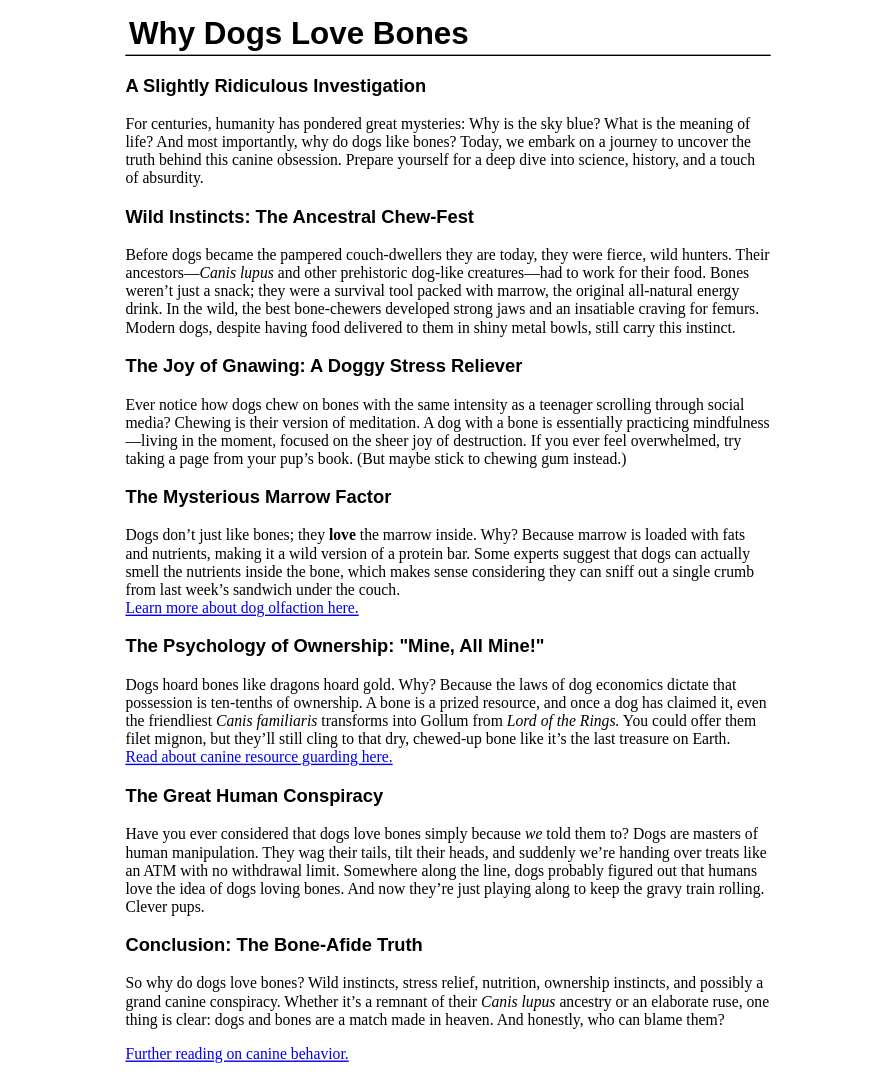
Repository: Leith-vdl/apprentice-challenge-1
Page: index.html
An editor plug-in stored every save of this project. The page is shown before and after the next save, followed by the edit.
The browser window is 1280 px wide. The pictures show the whole page, at 70% of full size.

Above is the page before, as saved 2025-01-31 15:20:28.

### index.html
<!DOCTYPE html>
<html lang="en">
<head>
    <meta charset="UTF-8">
    <meta name="viewport" content="width=device-width, initial-scale=1.0">
    <title>Why Dogs Love Bones</title>
    <link rel="stylesheet" href="styles/styles.css">
</head>
<body>
    <header class="page-header">
        <h1 class="page-header-title">
            Why Dogs Love Bones
        </h1>
    </header>
    <main>
        <section>
            <h3 class="section-title">A Slightly Ridiculous Investigation</h3>
            <p>
                For centuries, humanity has pondered great mysteries: Why is the sky blue? What is the
                meaning of life? And most importantly, why do dogs like bones? Today, we embark on a
                journey to uncover the truth behind this canine obsession. Prepare yourself for a deep dive into
                science, history, and a touch of absurdity.
            </p>
        </section>
        <section>
            <h3 class="section-title">Wild Instincts: The Ancestral Chew-Fest</h3>
            <p>
                Before dogs became the pampered couch-dwellers they are today, they were fierce, wild
                hunters. Their ancestors—<i>Canis lupus</i> and other prehistoric dog-like creatures—had to work for
                their food. Bones weren’t just a snack; they were a survival tool packed with marrow, the
                original all-natural energy drink. In the wild, the best bone-chewers developed strong jaws
                and an insatiable craving for femurs. Modern dogs, despite having food delivered to them in
                shiny metal bowls, still carry this instinct.
            </p>
        </section>
        <section>
            <h3 class="section-title">The Joy of Gnawing: A Doggy Stress Reliever</h3>
            <p>
                Ever notice how dogs chew on bones with the same intensity as a teenager scrolling through
                social media? Chewing is their version of meditation. A dog with a bone is essentially practicing
                mindfulness—living in the moment, focused on the sheer joy of destruction. If you ever feel
                overwhelmed, try taking a page from your pup’s book. (But maybe stick to chewing gum
                instead.)
            </p>
        </section>
        <section>
            <h3 class="section-title">The Mysterious Marrow Factor</h3>
            <p>
                Dogs don’t just like bones; they <b>love</b> the marrow inside. Why? Because marrow is loaded with
                fats and nutrients, making it a wild version of a protein bar. Some experts suggest that dogs
                can actually smell the nutrients inside the bone, which makes sense considering they can sniff
                out a single crumb from last week’s sandwich under the couch.<br>
                <a href="https://vcahospitals.com/know-your-pet/how-dogs-use-smell-to-perceive-the-world" target="_blank">Learn more about dog olfaction here.</a>
            </p>
        </section>
        <section>
            <h3 class="section-title">The Psychology of Ownership: "Mine, All Mine!"</h3>
            <p>
                Dogs hoard bones like dragons hoard gold. Why? Because the laws of dog economics dictate
                that possession is ten-tenths of ownership. A bone is a prized resource, and once a dog has
                claimed it, even the friendliest <i>Canis familiaris</i> transforms into Gollum from <i>Lord of the Rings.</i>
                You could offer them filet mignon, but they’ll still cling to that dry, chewed-up bone like it’s the
                last treasure on Earth.<br>
                <a href="https://www.battersea.org.uk/pet-advice/dog-advice/dealing-resource-guarding?gad_source=1&gclid=Cj0KCQiAhvK8BhDfARIsABsPy4h3CRlVVPVANZfAc-HngzDTwKg5KUgeNuAmZD8EIJDuwS7ktlBpRYQaAjNyEALw_wcB" target="_blank">Read about canine resource guarding here.</a>
            </p>
        </section>
        <section>
            <h3 class="section-title">The Great Human Conspiracy</h3>
            <p>
                Have you ever considered that dogs love bones simply because <i>we</i> told them to? Dogs are
                masters of human manipulation. They wag their tails, tilt their heads, and suddenly we’re
                handing over treats like an ATM with no withdrawal limit. Somewhere along the line, dogs
                probably figured out that humans love the idea of dogs loving bones. And now they’re just
                playing along to keep the gravy train rolling. Clever pups.
            </p>
        </section>
        <section>
            <h3 class="section-title">Conclusion: The Bone-Afide Truth</h3>
            <p>
                So why do dogs love bones? Wild instincts, stress relief, nutrition, ownership instincts, and
                possibly a grand canine conspiracy. Whether it’s a remnant of their <i>Canis lupus</i> ancestry or an
                elaborate ruse, one thing is clear: dogs and bones are a match made in heaven. And honestly,
                who can blame them?
            </p>
        </section>
    </main>
    <footer>
        <p>
            <a href="https://en.wikipedia.org/wiki/Dog_behavior" target="_blank">Further reading on canine behavior.</a>
        </p>
    </footer>
</body>
</html>

### styles/styles.css
body {
    margin: 1em 8em;
    font-size: 1.4em;
}

.page-header {
    border-bottom: 2px solid black;
}

h1.page-header-title {
    margin: 5px;
}

h1.page-header-title, h3.section-title {
    font-family: Arial, Helvetica, sans-serif;
}

After the next save:
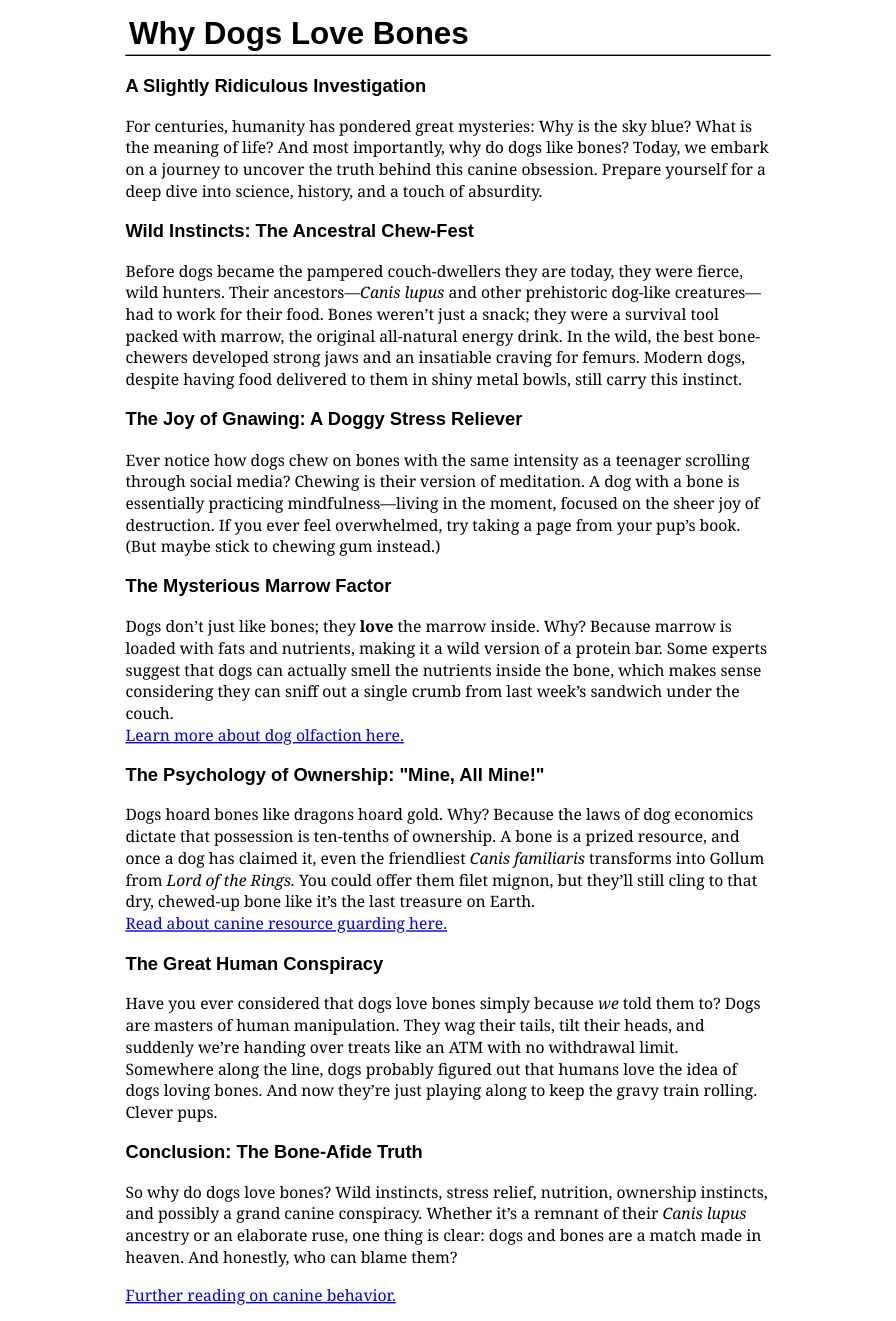
Saved 39 s later.
--- a/styles/styles.css
+++ b/styles/styles.css
@@ -1,6 +1,7 @@
 body {
     margin: 1em 8em;
     font-size: 1.4em;
+    font-family: Georgia, 'Times New Roman', Times, serif
 }
 
 .page-header {
